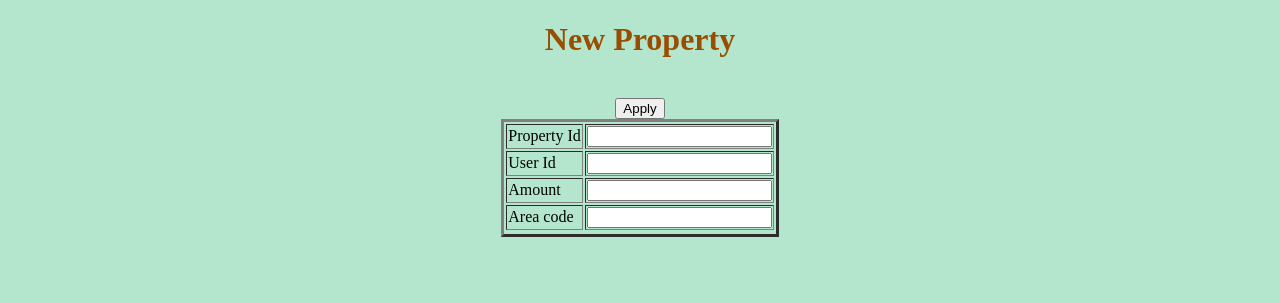
Repository: vinodkumarr269/microservices
Page: http://localhost/MicroServiceProducer/NewProperty.jsp
These files come from the project's save history. The page is drawn as it stood at one moment and after the next save; the edit follows.
The browser window is 1280 px wide. The pictures show the whole page.
The page is served by Tomcat 9. Other server files are loaded and not shown.

Above is the page before, as saved 2019-10-17 18:08:00.

### microservice/MicroServiceProducer/src/main/webapp/NewProperty.jsp
<%@ page language="java" contentType="text/html; charset=ISO-8859-1"
    pageEncoding="ISO-8859-1"%>
<!DOCTYPE html>
<html>
<head>
<meta charset="ISO-8859-1">
<title>New property</title>
</head>
<body bgcolor="#b3e6cc">
<form method="post">
<center>
<h1 style="color:#994d00">New Property</h1><br/>
<table border="3" colspan="3" border color="#001a33">

<tr>
<td>Property Id</td>
<td><input type="text" name="propertyid"/>
</td>
</tr>
<tr>
<td>User Id</td>
<td><input type="text" name="userid"/>
</td>
</tr>
<tr>
<td>Amount</td>
<td><input type="text" name="amount"/>
</td>
</tr><tr>
<td>Area code</td>
<td><input type="text" name="area_code"/>
</td>
</tr>
<tr>
<input type="submit" value="Apply" />
</tr>




</table>
</center>

</form>

</body>
</html>

After the next save:
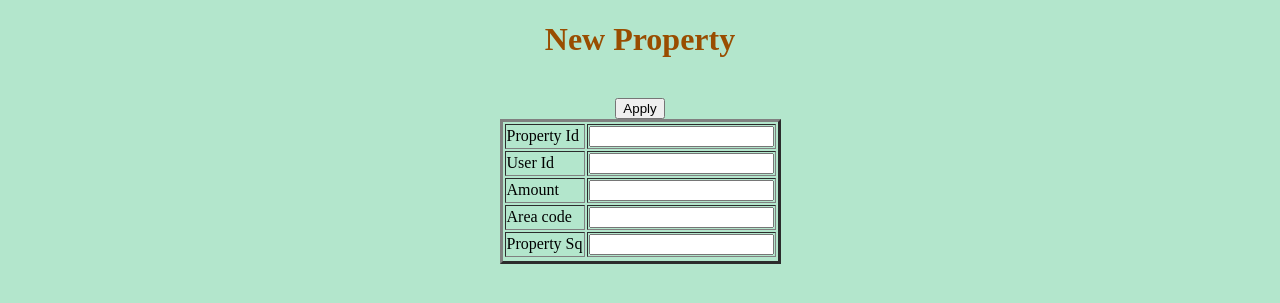
Saved 11 min 27 s later.
--- a/microservice/MicroServiceProducer/src/main/webapp/NewProperty.jsp
+++ b/microservice/MicroServiceProducer/src/main/webapp/NewProperty.jsp
@@ -32,6 +32,9 @@
 </td>
 </tr>
 <tr>
+<td>Property Sq</td>
+<td><input type="text" name="property_sq"/></td>
+<tr>
 <input type="submit" value="Apply" />
 </tr>
 
